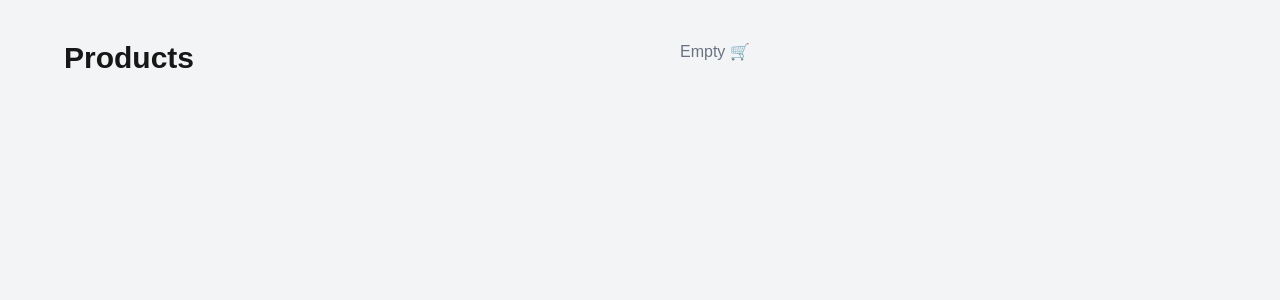
Repository: dipto230/nexist-task
Page: / (app in frontend/)
An editor plug-in stored every save of this project. The page is shown before and after the next save, followed by the edit.
The browser window is 1280 px wide. The pictures show the whole page.
The page's requests for data from a server got no answer. The project was rebuilt for these pictures with package versions that can differ from the ones it lists, and the page was loaded fresh each time. The framework's server and built-in components were replaced by stand-ins that run in the browser. No one was signed in, and anything a server would have sent is missing. Also part of the build but not shown: frontend/next.config.ts.

Above is the page before, as saved 2026-04-30 03:22:12.

After the next save:
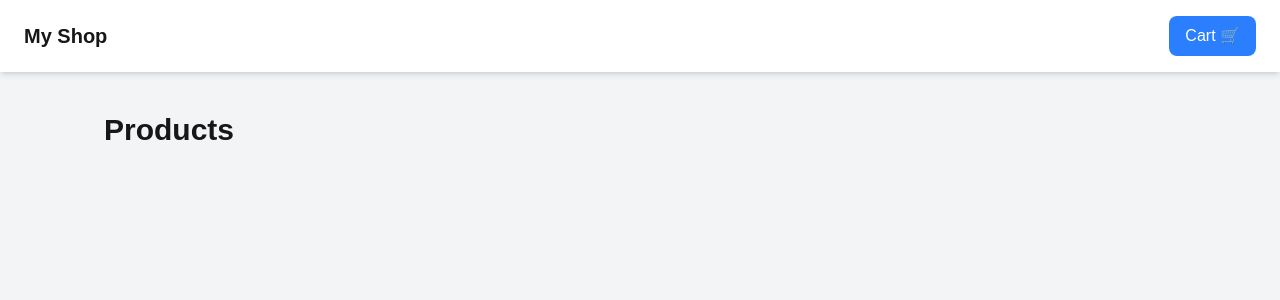
Saved 10 s later.
--- a/frontend/src/app/page.tsx
+++ b/frontend/src/app/page.tsx
@@ -1,12 +1,13 @@
 import ProductList from "@/components/ProductList";
-import Cart from "@/components/Cart";
+import Navbar from "@/components/Navbar";
 
 export default function Home() {
   return (
-    <div className="min-h-screen bg-gray-100 flex justify-center items-start p-10">
-      <div className="w-full max-w-6xl flex gap-10">
+    <div className="min-h-screen bg-gray-100">
+      <Navbar />
+
+      <div className="p-10 max-w-6xl mx-auto">
         <ProductList />
-        <Cart />
       </div>
     </div>
   );
